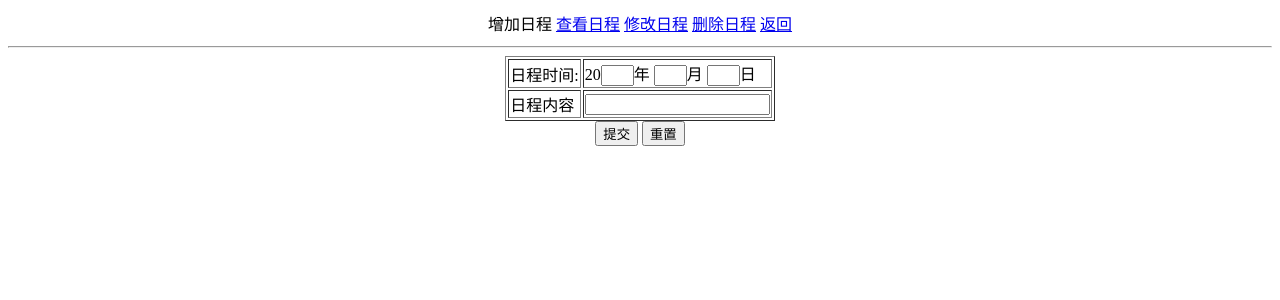
Repository: zy840055899/old-workspace
Page: http://localhost/PIMS/dateManager/addDate.jsp
These files come from the project's save history. The page is drawn as it stood at one moment and after the next save; the edit follows.
The browser window is 1280 px wide. The pictures show the whole page.
The page is served by Tomcat 9. Other server files are loaded and not shown.

Above is the page before, as saved 2014-03-17 04:11:46.

### PIMS/WebContent/dateManager/addDate.jsp
<%@ page language="java" contentType="text/html; charset=UTF-8"
    pageEncoding="UTF-8"%>
<!DOCTYPE html PUBLIC "-//W3C//DTD HTML 4.01 Transitional//EN" "http://www.w3.org/TR/html4/loose.dtd">
<html>
<head>
<meta http-equiv="Content-Type" content="text/html; charset=UTF-8">
<title>Insert title here</title>
</head>
<body>

<center>

<table>

<tr>
<td>增加日程</td>
<td><a href="http://localhost:8080/PIMS/dateManager/lookDate.jsp">查看日程</a></td>
<td><a href="http://localhost:8080/PIMS/dateManager/updateDate.jsp">修改日程</a></td>
<td><a href="http://localhost:8080/PIMS/dateManager/deleteDate.jsp">删除日程</a></td>
<td><a href="http://localhost:8080/PIMS/main/main.jsp">返回</a></td>
</tr>

</table><hr>

<form action="http://localhost:8080/PIMS/AddDateServlet" method="post">

<table border="1">

<tr>
<td>日程时间:</td>
<td>
20<input type="text" size="1" name="year" value="">年
<input type="text" size="1" name="month" value="">月
<input type="text" size="1" name="day" value="">日
</td>
</tr>

<tr>
<td>日程内容</td>
<td><input type="text" name="thing"></td>
</tr>

</table>

<input type="submit" value="提交">
<input type="reset" value="重置">

</form>

</center>

</body>
</html>

After the next save:
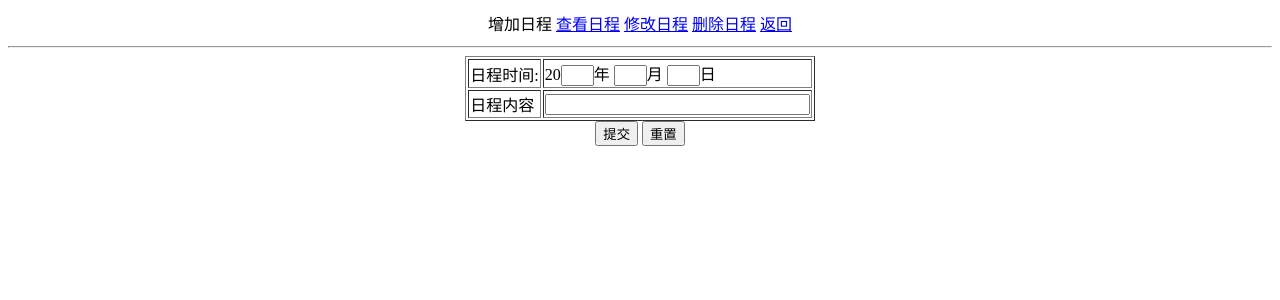
Saved 19 s later.
--- a/PIMS/WebContent/dateManager/addDate.jsp
+++ b/PIMS/WebContent/dateManager/addDate.jsp
@@ -37,7 +37,7 @@
 
 <tr>
 <td>日程内容</td>
-<td><input type="text" name="thing"></td>
+<td><input type="text" name="thing" size="30"></td>
 </tr>
 
 </table>
